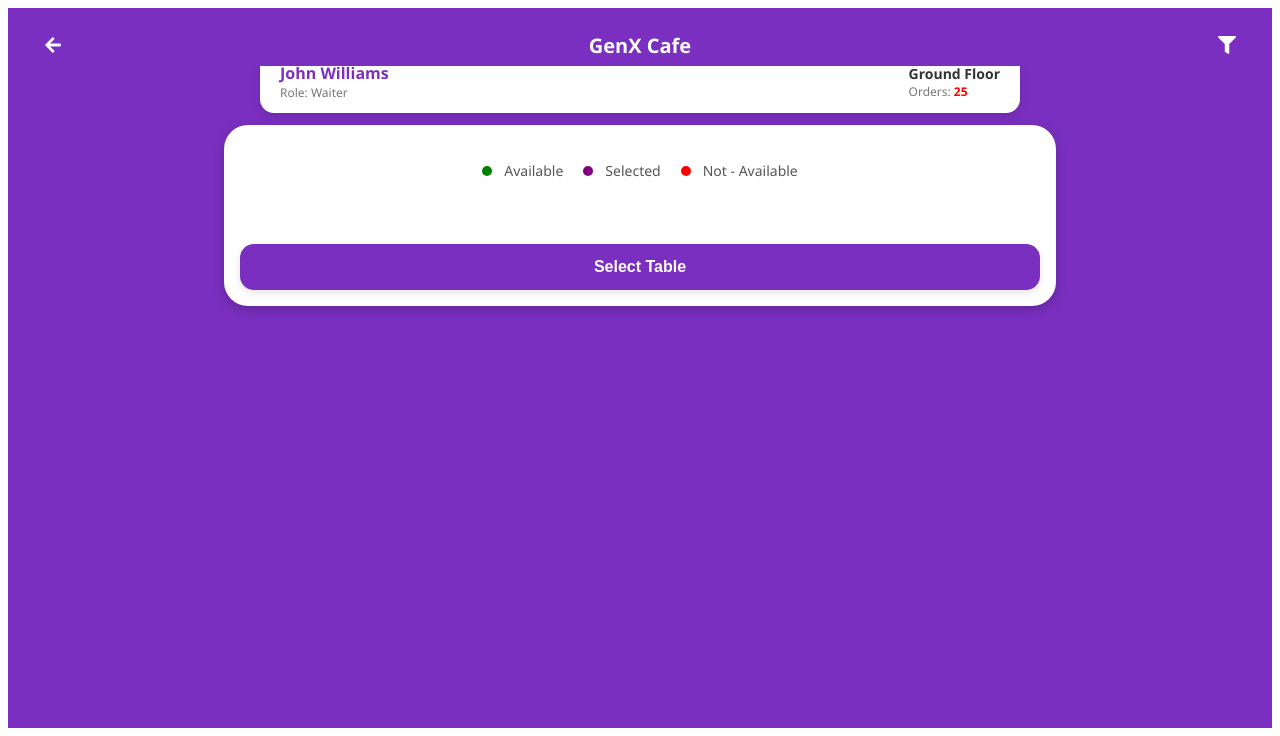
Repository: rajeshwaranslv/sturdy-spork-genx-frontend
Page: /
These files come from the project's save history. The page is drawn as it stood at one moment and after the next save; the edit follows.
The browser window is 1280 px wide. The pictures show the whole page.
The page's requests for data from a server got no answer. The project was rebuilt for these pictures with package versions that can differ from the ones it lists, and the page was loaded fresh each time. No one was signed in, and anything a server would have sent is missing. Also part of the build but not shown: src/components/menu.css, src/components/MenuSelection.js, src/components/order.css, src/components/OrderReview.js, src/components/billing.css, src/components/Billing.js, src/components/Success.js.

Above is the page before, as saved 2025-07-15 11:24:41.

### src/App.js
import React from 'react';
import { BrowserRouter as Router, Route, Switch } from 'react-router-dom';
import TableSelection from './components/TableSelection';
import MenuSelection from './components/MenuSelection';
import OrderReview from './components/OrderReview';
import Billing from './components/Billing';
import Success from './components/Success';

export default function App() {
  return (
    <Router>
      <Switch>
        <Route exact path="/" component={TableSelection} />
        <Route path="/menu/:tableId" component={MenuSelection} />
   <Route path="/orders/:orderId" component={OrderReview} />

        <Route path="/billing/:orderId" component={Billing} />
        <Route path="/success" component={Success} />
      </Switch>
    </Router>
  );
}

### src/components/TableSelection.js
// src/pages/TableSelection.js
import React, { useEffect, useState } from 'react';
import { getTables } from '../services/api';
import { withRouter } from 'react-router-dom';
import { FaArrowLeft, FaFilter } from 'react-icons/fa';
import './style.css';

function TableSelection({ history }) {
  const [tables, setTables] = useState([]);
  const [selectedTableId, setSelectedTableId] = useState(null);

  const waiter = {
    name: 'John Williams',
    role: 'Waiter',
    floor: 'Ground Floor',
    orders: 25,
  };

  useEffect(() => {
    getTables()
      .then((res) => setTables(res.data))
      .catch((err) => console.error('Failed to fetch tables', err));
  }, []);

  const handleTableClick = (id, status) => {
    if (status === 'available') {
      setSelectedTableId(id === selectedTableId ? null : id); // toggle
    }
  };

  const handleSelectTable = () => {
    if (selectedTableId) {
      history.push(`/menu/${selectedTableId}`);
    }
  };

  return (
    <div className="container-fluid">
      <div className="header-bar">
        <FaArrowLeft className="icon" onClick={() => history.goBack()} />
        <h2>GenX Cafe</h2>
        <FaFilter className="icon" />
      </div>

      <div className="waiter-card">
        <div className="waiter-left">
          <strong className="waiter-name">{waiter.name}</strong>
          <div className="waiter-role">Role: {waiter.role}</div>
        </div>
        <div className="waiter-right">
          <div className="floor-label">{waiter.floor}</div>
          <div className="orders-count">
            Orders: <span className="order-red">{waiter.orders}</span>
          </div>
        </div>
      </div>

      <div className="table-section">
        <div className="legend-row">
          <div className="legend-item"><span className="legend-dot green" /> Available</div>
          <div className="legend-item"><span className="legend-dot purple" /> Selected</div>
          <div className="legend-item"><span className="legend-dot red" /> Not - Available</div>
        </div>

        <div className="table-grid">
          {tables.map((table) => {
            const isSelected = selectedTableId === table.id;
            const statusClass = isSelected
              ? 'selected'
              : table.status === 'available'
              ? 'available'
              : 'occupied';

            return (
              <button
                key={table.id}
                className={`table-btn ${statusClass}`}
                onClick={() => handleTableClick(table.id, table.status)}
                disabled={table.status === 'occupied'}
              >
                Table {table.id.toString().padStart(2, '0')}
              </button>
            );
          })}
        </div>

        <button
          className="select-btn"
          onClick={handleSelectTable}
          disabled={!selectedTableId}
        >
          Select Table
        </button>
      </div>
    </div>
  );
}

export default withRouter(TableSelection);

### src/services/api.js
import axios from 'axios';

const API = axios.create({
  baseURL: 'http://localhost:3001/',
});

export const getTables = () => API.get('/tables');
export const getTableDetails = (id) => API.get(`/tables/${id}`);
export const getFoodItems = () => API.get('/foodItems');

export const placeOrder = (data) => API.post('/orders', data);
export const updateOrderItemStatus = (id, payload) => API.patch(`/orders/${id}`, payload);
export const getOrder = (id) => API.get(`/orders/${id}`);
export const generateBill = (data) => API.post('/bills', data);

// ✅ NEW: Update table status
export const updateTableStatus = (id, payload) => API.patch(`/tables/${id}`, payload);

### src/components/style.css
.container-fluid {
  background: #7a2fc0;
  min-height: 100vh;
  padding: 16px;
  box-sizing: border-box;
  font-family: 'Segoe UI', sans-serif;
}

/* Header Bar */
.header-bar {
  display: flex;
  justify-content: space-between;
  align-items: center;
  background: #7a2fc0;
  padding: 12px 20px;
  border-radius: 20px;
  color: white;
  margin-bottom: 12px;
  position: relative;
}

.header-bar h2 {
  margin: 0;
  font-size: 20px;
  position: absolute;
  left: 50%;
  transform: translateX(-50%);
}

.icon {
  color: white;
  font-size: 18px;
  cursor: pointer;
}

/* Waiter Info Card */
.waiter-card {
  background: white;
  box-shadow: 0 4px 8px rgba(0,0,0,0.1);
  border-radius: 14px;
  padding: 12px 20px;
  display: flex;
  justify-content: space-between;
  align-items: center;
  max-width: 720px;
  width: 100%;
  margin: -28px auto 12px auto;
  flex-wrap: wrap;
  gap: 12px;
}

.waiter-name {
  color: #7a2fc0;
  font-size: 16px;
  font-weight: 600;
}

.waiter-role {
  font-size: 12px;
  color: #777;
}

.floor-label {
  font-size: 14px;
  font-weight: bold;
  color: #333;
}

.orders-count {
  font-size: 12px;
  color: #777;
}

.order-red {
  color: red;
  font-weight: bold;
}

/* Legend */
.legend-row {
  display: flex;
  justify-content: space-around;
  margin: 20px 0 12px;
  font-size: 13px;
  color: #555;
  flex-wrap: wrap;
  gap: 10px;
}

.legend-dot {
  width: 10px;
  height: 10px;
  border-radius: 50%;
  display: inline-block;
  margin-right: 6px;
}

.legend-dot.green {
  background-color: green;
}

.legend-dot.purple {
  background-color: purple;
}

.legend-dot.red {
  background-color: red;
}

/* Table Section */
.table-section {
  background: #fff;
  padding: 16px;
  border-radius: 24px;
  box-shadow: 0 4px 12px rgba(0, 0, 0, 0.2);
  max-width: 800px;
  margin: auto;
}

/* Table Grid */
.table-grid {
  display: grid;
  grid-template-columns: repeat(auto-fill, minmax(140px, 1fr));
  gap: 14px;
  padding: 10px 0;
}

/* Table Buttons */
.table-btn {
  padding: 16px 0;
  border-radius: 14px;
  font-size: 16px;
  font-weight: bold;
  cursor: pointer;
  border: 2px solid transparent;
  transition: all 0.2s ease-in-out;
  width: 100%;
  text-align: center;
}

.table-btn.available {
  color: green;
  border-color: green;
  background-color: white;
}

.table-btn.available:hover {
  background-color: #f0fff0;
}

.table-btn.selected {
  background-color: #7a2fc0;
  color: white;
  border-color: #7a2fc0;
}

.table-btn.occupied {
  background-color: red;
  color: white;
  cursor: not-allowed;
}

/* Select Button */
.select-btn {
  width: 100%;
  padding: 14px;
  margin-top: 24px;
  border-radius: 14px;
  border: none;
  background-color: #7a2fc0;
  color: white;
  font-size: 16px;
  font-weight: bold;
  cursor: pointer;
  box-shadow: 0 3px 8px rgba(0,0,0,0.1);
}

.select-btn:hover {
  background-color: #6926b2;
}

/* Responsive Tweaks */
@media (max-width: 768px) {
  .header-bar {
    flex-direction: row;
    padding: 10px 16px;
  }

  .header-bar h2 {
    font-size: 18px;
  }

  .waiter-card {
    flex-direction: column;
    align-items: flex-start;
    padding: 14px;
    gap: 8px;
  }

  .legend-row {
    flex-direction: column;
    align-items: flex-start;
    font-size: 12px;
  }

  .footer-btn {
    font-size: 14px;
    padding: 12px;
  }

  .table-grid {
    grid-template-columns: 1fr;
  }
}

@media (min-width: 769px) and (max-width: 1024px) {
  .table-grid {
    grid-template-columns: repeat(3, 1fr);
  }
}
.legend-row {
  display: flex;
  justify-content: center;
  align-items: center;
  gap: 20px;
  flex-wrap: nowrap; /* prevents wrapping */
  font-size: 14px;
  margin-bottom: 20px;
  white-space: nowrap;
}

.legend-item {
  display: flex;
  align-items: center;
  gap: 6px;
}

Loaded but not shown: public/index.html (common file); src/index.js (common file)

After the next save:
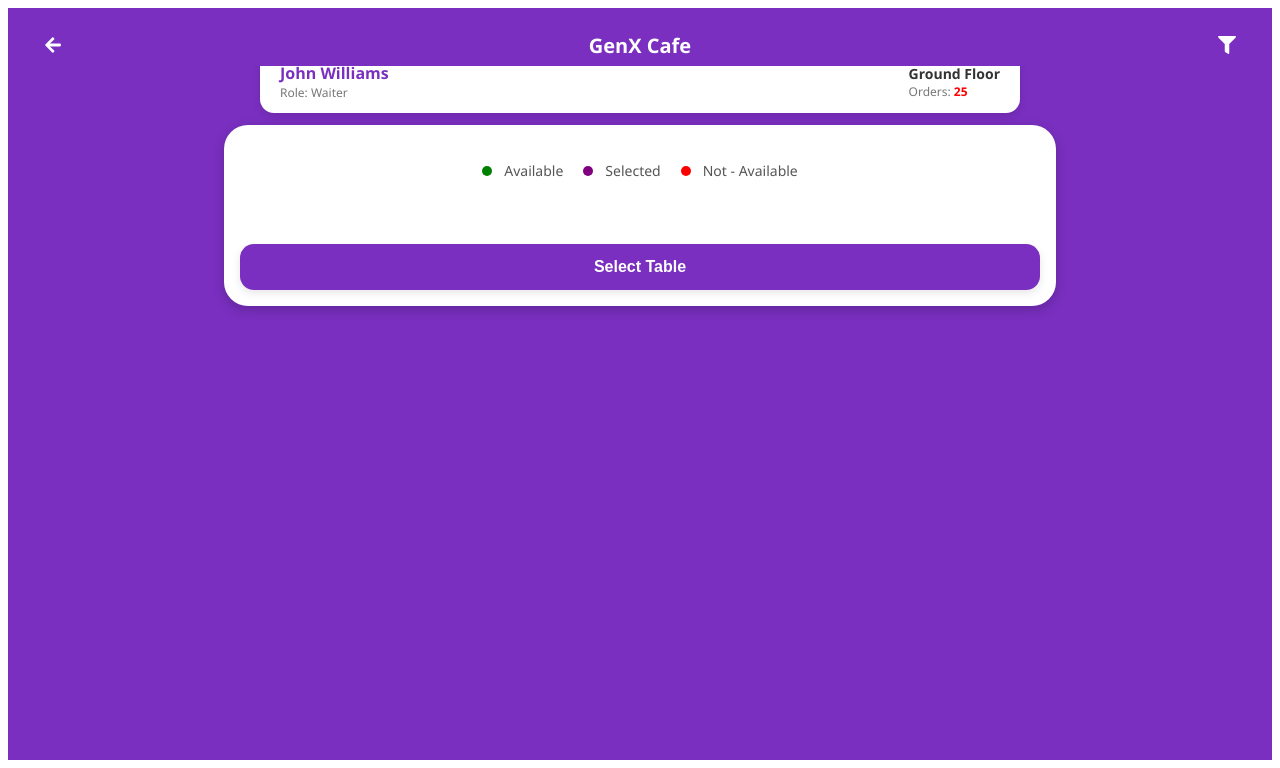
Saved 106 s later.
--- a/src/components/style.css
+++ b/src/components/style.css
@@ -2,7 +2,7 @@
   background: #7a2fc0;
   min-height: 100vh;
   padding: 16px;
-  box-sizing: border-box;
+
   font-family: 'Segoe UI', sans-serif;
 }
 
